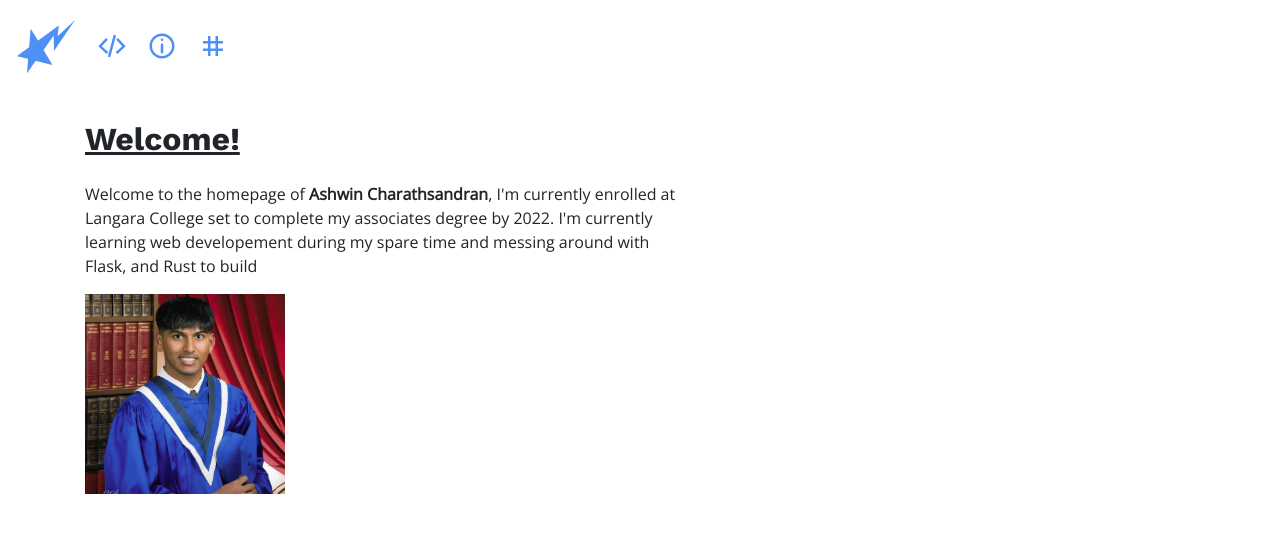
Repository: xxiz/ashwin.lol_flask
Page: http://localhost/
These files come from the project's save history. The page is drawn as it stood at one moment and after the next save; the edit follows.
The browser window is 1280 px wide. The pictures show the whole page.
The page is served by the project's application, run on Flask 3 (app.py).

Above is the page before, as saved 2021-08-31 17:28:40.

After the next save:
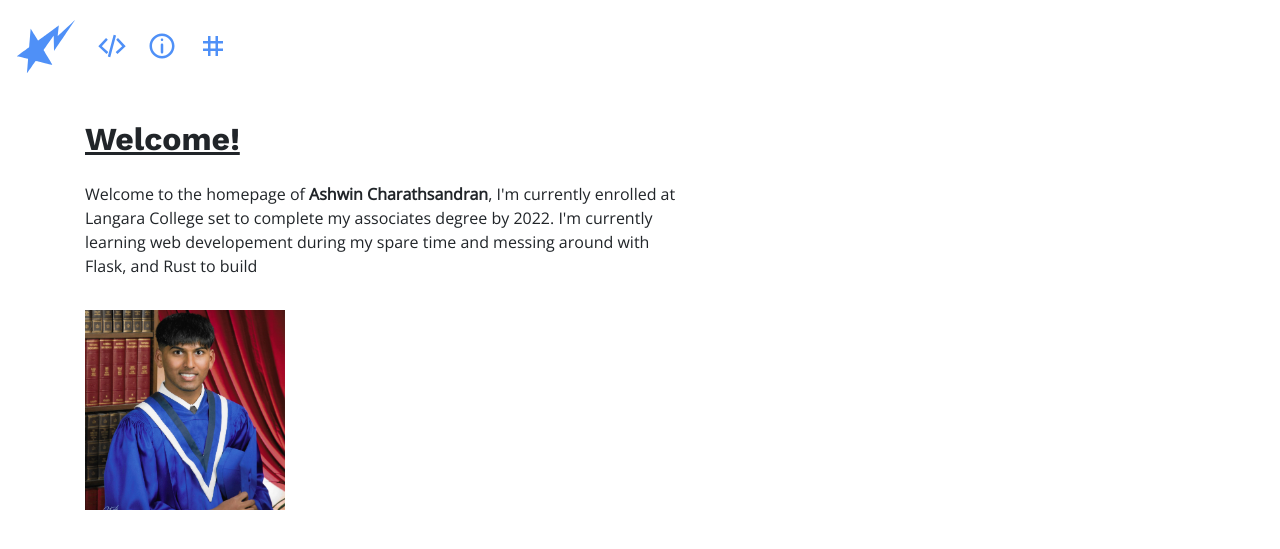
Saved 8 s later.
--- a/static/app.css
+++ b/static/app.css
@@ -24,6 +24,7 @@ p {
 }
 
 .me {
+    padding-top: 1em;
     display: block;
     max-width: 200px;
 }
